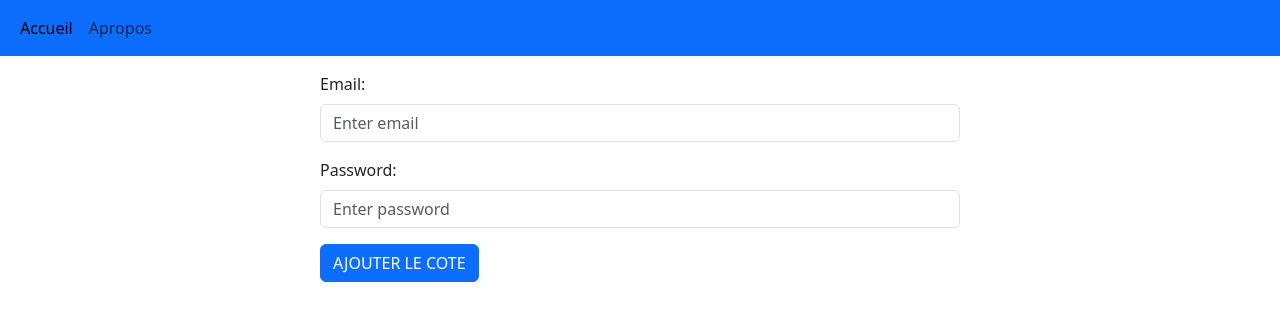
Repository: SKB-TECH/MinProject
Page: IHM/index.html
An editor plug-in stored every save of this project. The page is shown before and after a run of saves, followed by the edit.
The browser window is 1280 px wide. The pictures show the whole page.
Some web libraries are served in a nearby version.

Above is the page before, as saved 2022-09-29 14:59:27.

### IHM/index.html
<!DOCTYPE html>
<html lang="en">
<head>
    <meta charset="UTF-8">
    <meta http-equiv="X-UA-Compatible" content="IE=edge">
    <meta name="viewport" content="width=device-width, initial-scale=1.0">
    <link rel="stylesheet" href="../node_modules/bootstrap/dist/css/bootstrap.min.css">
    <title>NoteApp</title>
</head>
<body>
        <header>
            <nav class="navbar navbar-expand-sm bg-primary navbar-success">
                <div class="container-fluid">
                  <ul class="navbar-nav">
                    <li class="nav-item">
                      <a class="nav-link active" href="#">Accueil</a>
                    </li>
                   <li class="nav-item">
                      <a class="nav-link" href="#">Apropos</a>
                    </li>
                  </ul>
                </div>
              </nav>
        </header>
        <div style="width:50%; margin:auto;">

        <form action="/action_page.php">
            <div class="mb-3 mt-3">
              <label for="email" class="form-label">Email:</label>
              <input type="email" class="form-control" id="email" placeholder="Enter email" name="email">
            </div>
            <div class="mb-3">
              <label for="pwd" class="form-label">Password:</label>
              <input type="password" class="form-control" id="pwd" placeholder="Enter password" name="pswd">
            </div>
            <button type="submit" class="btn btn-primary width:100%">AJOUTER LE COTE</button>
          </form>
        </div>
</body>
</html>

After the next 2 saves:
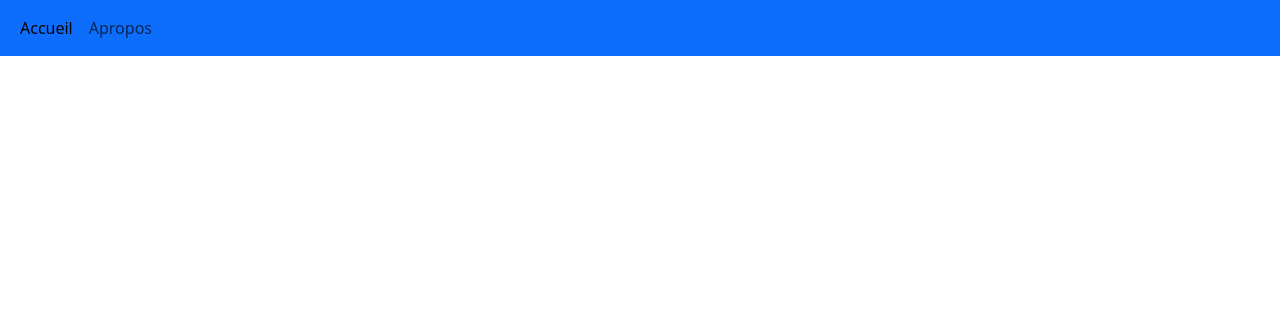
The 2 saves are shown as one change because they came seconds apart.
The last was saved 5 min 47 s later.
--- a/IHM/index.html
+++ b/IHM/index.html
@@ -22,19 +22,6 @@
                 </div>
               </nav>
         </header>
-        <div style="width:50%; margin:auto;">
 
-        <form action="/action_page.php">
-            <div class="mb-3 mt-3">
-              <label for="email" class="form-label">Email:</label>
-              <input type="email" class="form-control" id="email" placeholder="Enter email" name="email">
-            </div>
-            <div class="mb-3">
-              <label for="pwd" class="form-label">Password:</label>
-              <input type="password" class="form-control" id="pwd" placeholder="Enter password" name="pswd">
-            </div>
-            <button type="submit" class="btn btn-primary width:100%">AJOUTER LE COTE</button>
-          </form>
-        </div>
 </body>
 </html>

After the 2 saves that followed:
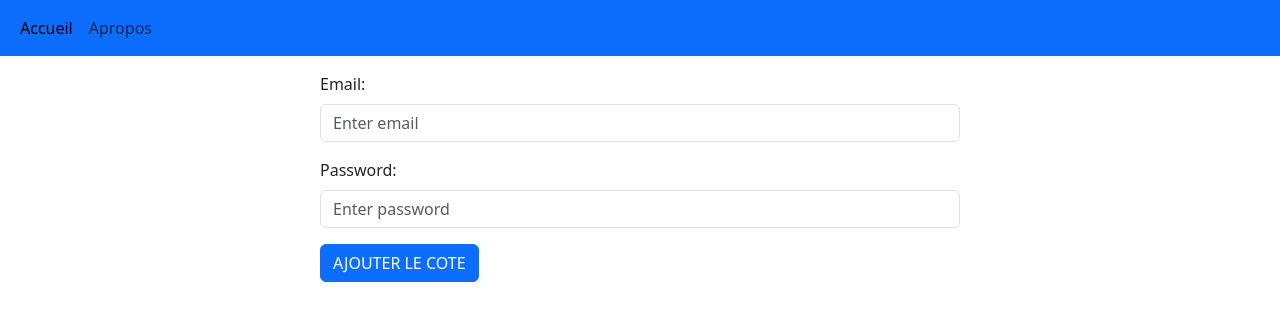
The 2 saves are shown as one change because they came seconds apart.
The last was saved 6 s later.
--- a/IHM/index.html
+++ b/IHM/index.html
@@ -22,6 +22,21 @@
                 </div>
               </nav>
         </header>
+        <section>
+            <div style="width:50%; margin:auto;">
 
+                <form action="/action_page.php">
+                    <div class="mb-3 mt-3">
+                      <label for="email" class="form-label">Email:</label>
+                      <input type="email" class="form-control" id="email" placeholder="Enter email" name="email">
+                    </div>
+                    <div class="mb-3">
+                      <label for="pwd" class="form-label">Password:</label>
+                      <input type="password" class="form-control" id="pwd" placeholder="Enter password" name="pswd">
+                    </div>
+                    <button type="submit" class="btn btn-primary width:100%">AJOUTER LE COTE</button>
+                  </form>
+                </div>
+        </section>
 </body>
 </html>
